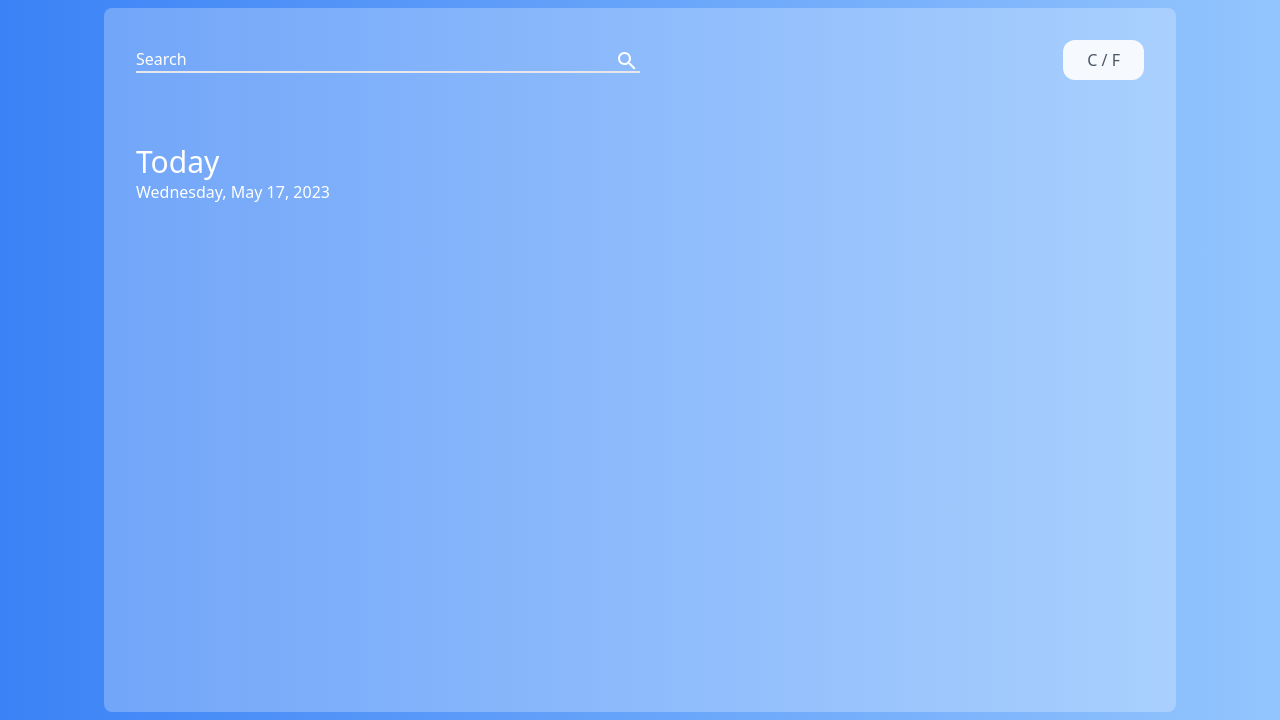
Repository: DevAntonioRogers/react-weatherapp-v2
Page: /
An editor plug-in stored every save of this project. The page is shown before and after the next save, followed by the edit.
The browser window is 1280 px wide. The pictures show the whole page.
The project was rebuilt for these pictures with package versions that can differ from the ones it lists, and the page was loaded fresh each time. The framework's server and built-in components were replaced by stand-ins that run in the browser. Also part of the build but not shown: next.config.js.

Above is the page before, as saved 2023-05-20 00:14:57.

After the next save:
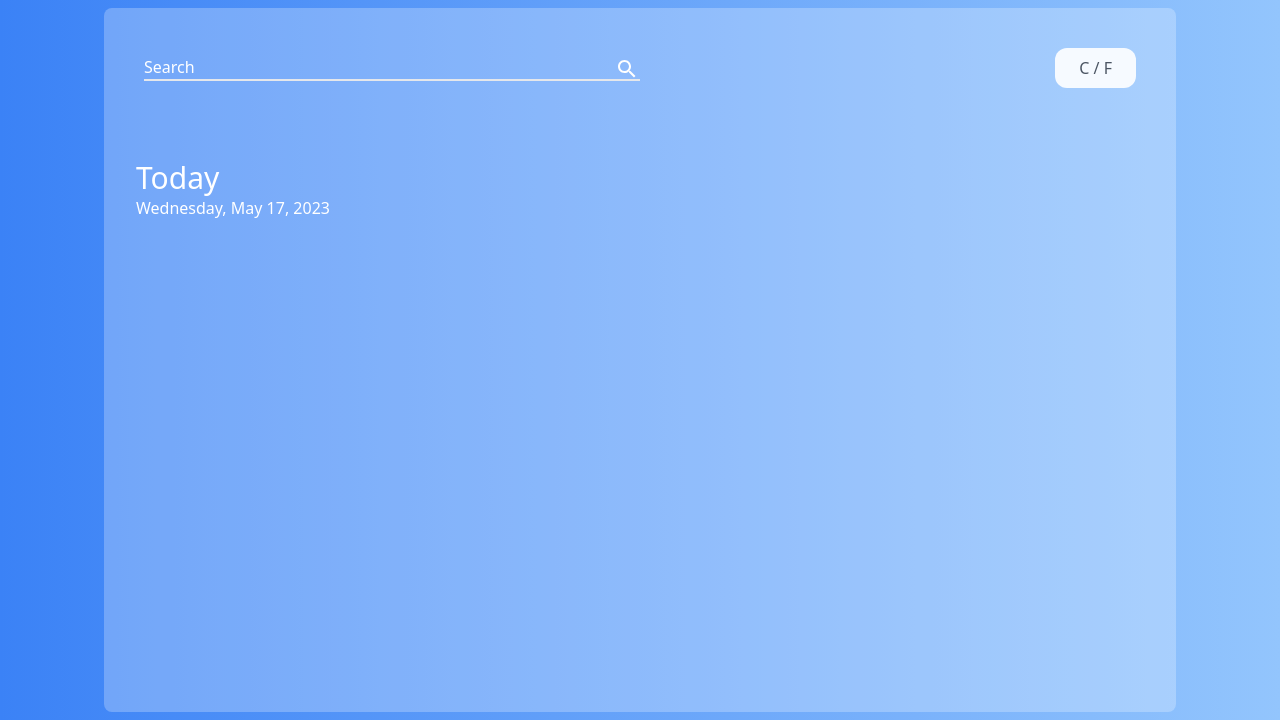
Saved 13 s later.
--- a/app/page.tsx
+++ b/app/page.tsx
@@ -38,7 +38,7 @@ export default function Home() {
     <div className="flex justify-center p-2 bg-cover h-screen bg-gradient-to-r from-blue-500 to-blue-300">
       <div className="bg-white/25 mx-24 w-full rounded-lg flex flex-col">
         {/* SEARCH AND DEGREE CONVERSION */}
-        <div className="flex justify-between items-center p-8">
+        <div className="flex justify-between items-center p-10">
           <Input handleSearch={handleSearch} location={location} setLocation={setLocation} />
           <Conversion />
         </div>
